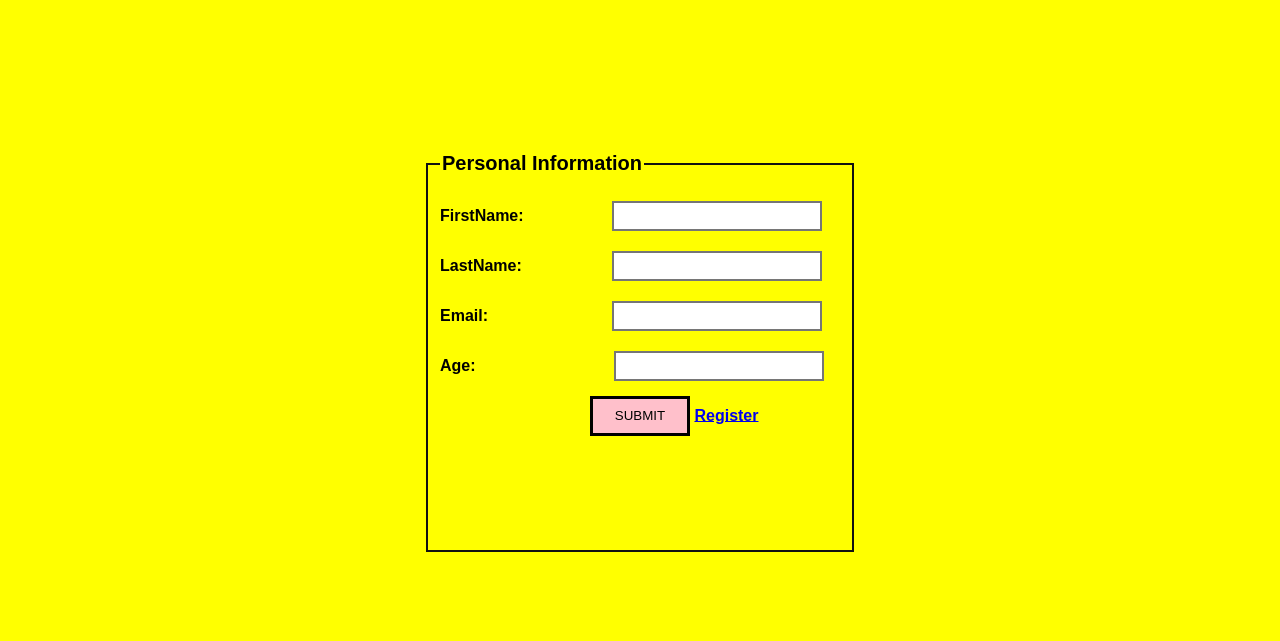
Repository: Femi007-gh/Legend
Page: index.html
An editor plug-in stored every save of this project. The page is shown before and after the next save, followed by the edit.
The browser window is 1280 px wide. The pictures show the whole page.

Above is the page before, as saved 2025-04-07 21:47:52.

### index.html
<html>
  <head>
    <title>LEGEND</title>
    <link rel="stylesheet" href="style.css">
  </head>
  <body>
    <form>
      <fieldset class="field">
        <legend class="ld">Personal Information</legend>
        <label class="first">FirstName:</label>
        <input type="text" class="FN"><br>

        <label class="last">LastName:</label>
        <input type="text" class="LN"> <br>

        <label class="mail">Email:</label>
        <input type="text" class="email"> <br>

        <label class="yourage">Age:</label>
        <input type="text" class="age"> <br>
          <button class="sub" type="button">SUBMIT</button>
          <a href="loginpage.html">Register</a>
      </fieldset>
    </form>
  </body>
</html>

### style.css
body {
  font-family:Arial, Helvetica, sans-serif;
  font-weight: bold;
  display: flex;
  justify-content: center;
  align-items: center;
  background-color: yellow;
}

.ld {
  font-size: 20px;
}

.field {
  border: 2px solid #111;
  width: 400px;
  height: 380px;
}

.FN {
  margin-top: 20px;
  margin-left: 84px;
  border-style: solid;
  height: 30px;
  width: 210px;
}

.LN {
  margin-top: 20px;
  margin-left: 86px;
  border-style: solid;
  height: 30px;
  width: 210px;
}

.email {
  margin-top: 20px;
  margin-left:120px;
  height: 30px;
  border-style: solid;
  width: 210px;
}

.age {
  margin-top: 20px;
  margin-left: 134px;
  border-style: solid;
  height: 30px;
  width: 210px;
}

input {
  background-color: white;
}

.sub {
  height: 40px;
  width: 100px;
  margin-left: 150px;
  margin-top: 15px;
  border: none;
  background-color: pink;
  border-style: solid;
  cursor: pointer;
}

.sub:hover {
  background-color: blue;
}

After the next save:
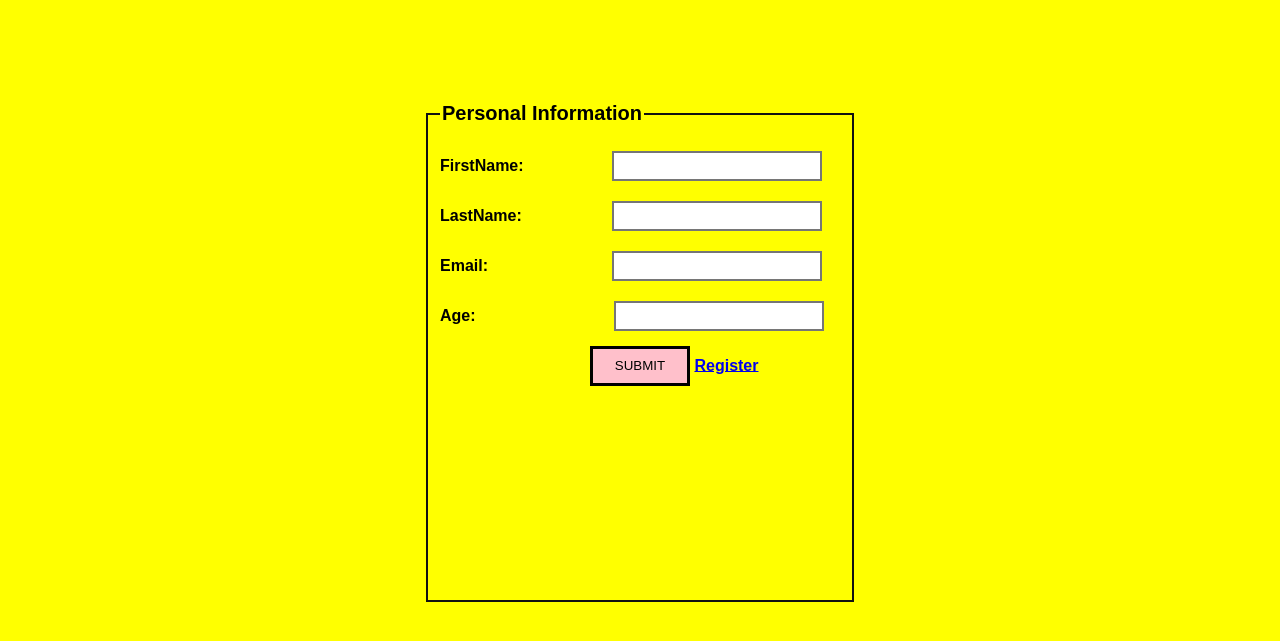
Saved 9 s later.
--- a/style.css
+++ b/style.css
@@ -14,7 +14,7 @@ body {
 .field {
   border: 2px solid #111;
   width: 400px;
-  height: 380px;
+  height: 480px;
 }
 
 .FN {
